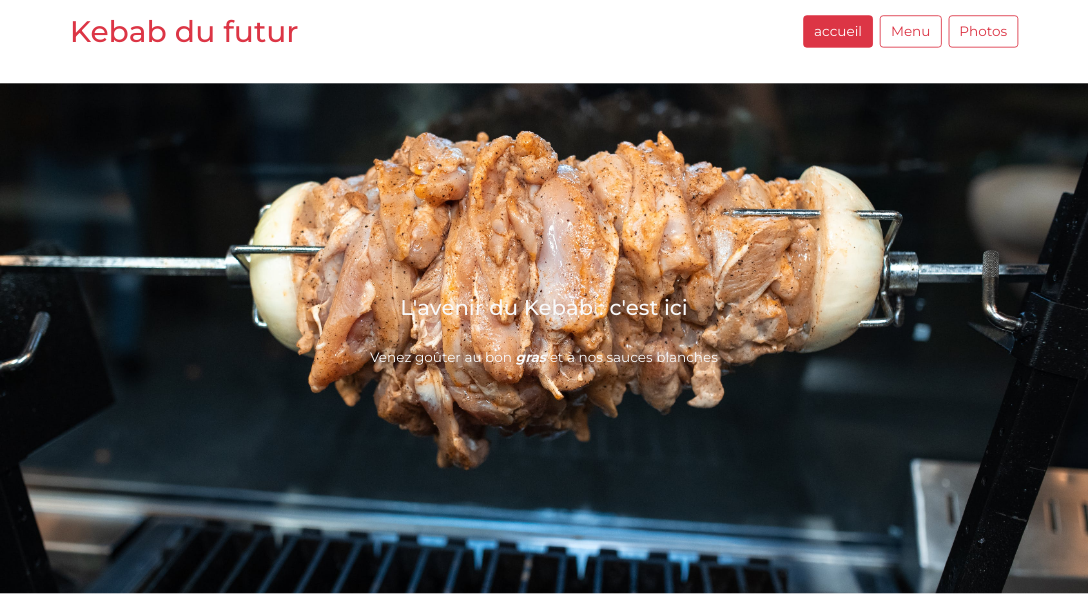
Repository: phbord/THP-js-exercices-manipulation-DOM
Page: index.html
These files come from the project's save history. The page is drawn as it stood at one moment and after the next save; the edit follows.
The browser window is 1280 px wide. The pictures show the whole page, at 85% of full size.

Above is the page before, as saved 2021-07-19 11:27:30.

### index.html
<!DOCTYPE HTML>
<html lang="fr">
    <head>
        <title></title>
        <meta charset="utf-8">
        <link href="https://cdn.jsdelivr.net/npm/bootstrap@5.0.2/dist/css/bootstrap.min.css"
                rel="stylesheet"
                integrity="sha384-EVSTQN3/azprG1Anm3QDgpJLIm9Nao0Yz1ztcQTwFspd3yD65VohhpuuCOmLASjC"
                crossorigin="anonymous">
        <link rel="stylesheet" href="./styles/main.css">
    </head>
    <body>
        <!-- HEADER -->
        <header class="mb-4 py-3">
            <nav class="container d-flex align-items-center justify-content-between">
                <div class="me-5" href="#">
                    <h1 class="text-danger">Kebab du futur</h1>
                </div>
                <ul class="d-flex">
                    <li class="me-2">
                        <a id="" class="btn btn-danger btn-nav" href="#">accueil</a>
                    </li>
                    <li class="me-2">
                        <a id="" class="btn btn-outline-danger btn-nav" href="#">Menu</a>
                    </li>
                    <li>
                        <a id="" class="btn btn-outline-danger btn-nav" href="#">Photos</a>
                    </li>
                </ul>
            </nav>
        </header>

        <!-- ACCUEIL -->
        <section id="block-" class="home d-flex flex-column justify-content-center align-items-center p-4">
            <h2 class="text-light">L'avenir du Kebab : c'est ici</h2>
            <p class="text-light mt-4">Venez goûter au bon <b><i>gras</i></b> et à nos sauces blanches</p>
        </section>

        <!-- MENU -->

        <!-- PHOTOS -->


        <!-- SCRIPTS -->
        <script src="./scripts/main.js"></script>
    </body>
</html>

### styles/main.css
@import url('https://fonts.googleapis.com/css2?family=Montserrat:wght@100;200;300;400;500;600;700;800;900&display=swap');

body {
    font-family: Montserrat;
}

ul,li {
    margin: 0;
    padding: 0;
    list-style: none;
}

header h1 {
    font-size: 35px;
}
header h1 {
    margin: 0;
}
h2 {
    font-size: 25px;
}

a,button {
    -webkit-transition: all 300ms ease;
    -moz-transition: all 300ms ease;
    -ms-transition: all 300ms ease;
    -o-transition: all 300ms ease;
    transition: all 300ms ease;
}

/* ACCUEIL */
.home {
    height: 600px;
    background: transparent url(../img/i_home.jpeg) center no-repeat;
    background-size: cover;
}

/*  */

### scripts/main.js
class Page {
    constructor() {
        this.navBtnElt = document.querySelector('.btn-nav');
    }
}


document.addEventListener('DOMContentLoaded', () => {
    const pages = new Page();
});

After the next save:
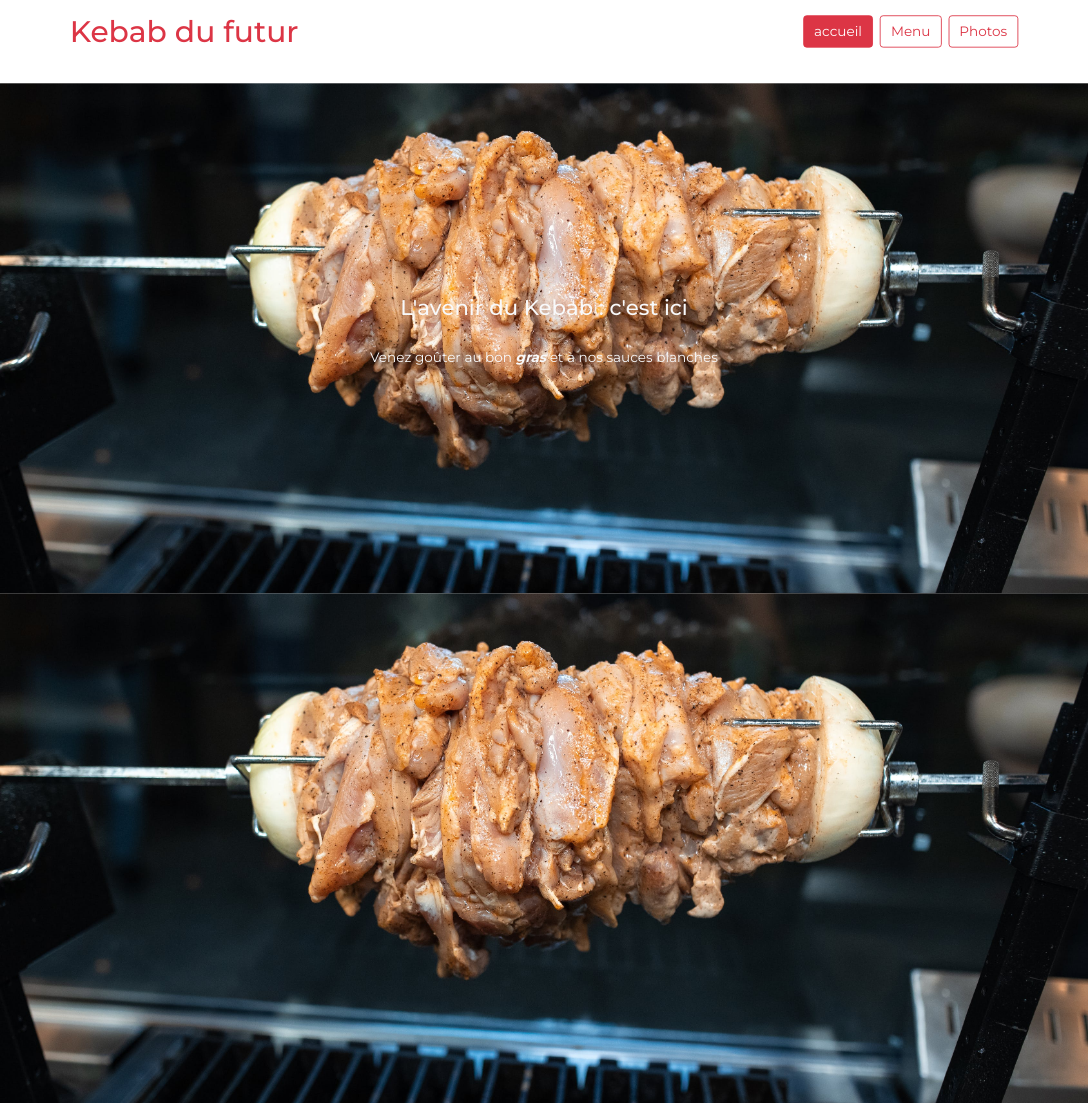
Saved 6 s later.
--- a/index.html
+++ b/index.html
@@ -37,6 +37,7 @@
         </section>
 
         <!-- MENU -->
+        <section id="block-" class="home d-flex flex-column justify-content-center align-items-center p-4">
 
         <!-- PHOTOS -->
 

After the 3 saves that followed:
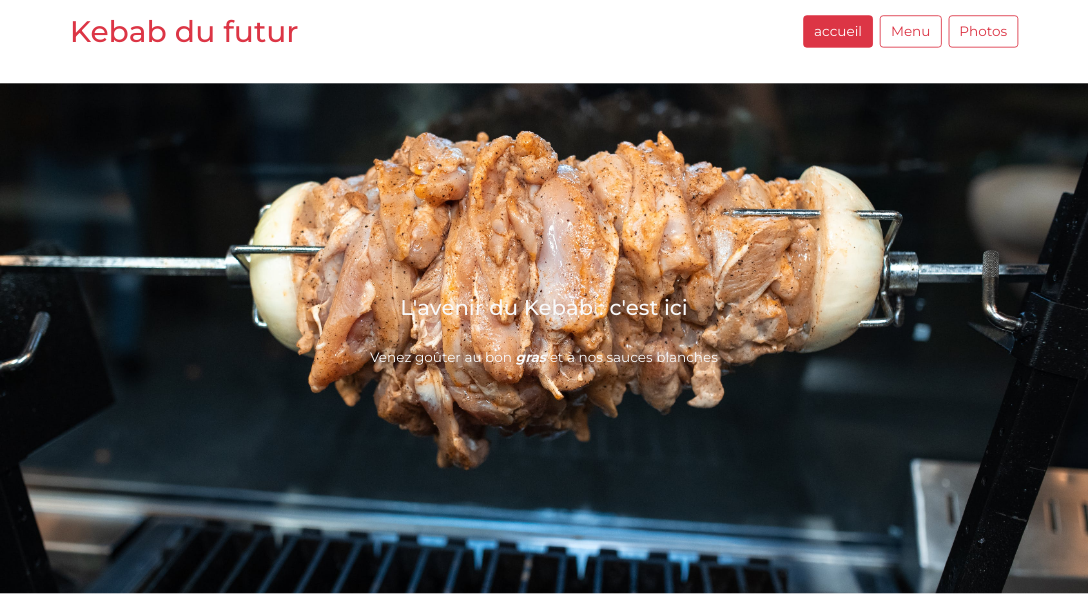
The 3 saves are shown as one change because 1 left the picture as it was and some came seconds apart.
The last was saved 11 s later.
--- a/index.html
+++ b/index.html
@@ -37,7 +37,7 @@
         </section>
 
         <!-- MENU -->
-        <section id="block-" class="home d-flex flex-column justify-content-center align-items-center p-4">
+        <section id="block-" class=""></section>
 
         <!-- PHOTOS -->
 
